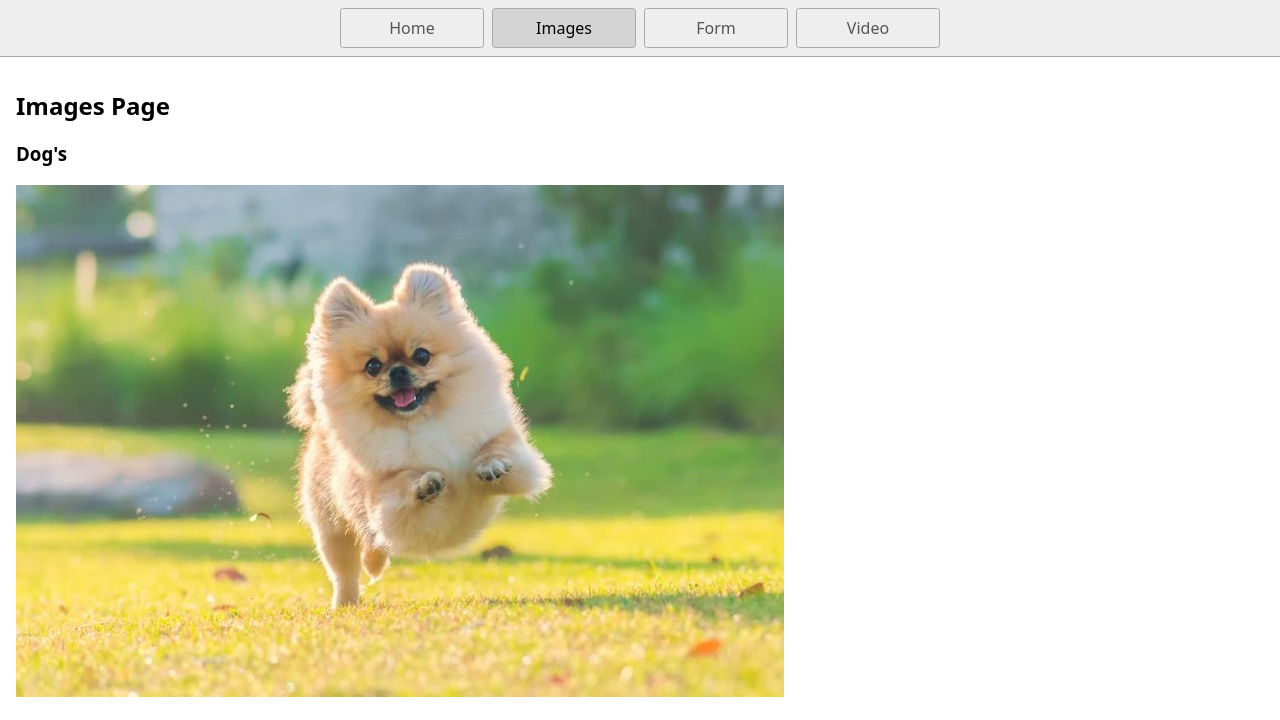
Repository: sebas6292/palmTree-Final
Page: Images.html
The author's editor kept a copy of each file at every save. The page is drawn from the files as they stood at one save, then again after the next save.
The browser window is 1280 px wide. The pictures show the whole page.

Above is the page before, as saved 2023-05-26 19:21:55.
Not found: script.js

### Images.html
<!DOCTYPE html>
<html lang="en">
  <head>
    <title>Other page</title>
    <meta charset="UTF-8" />
    <meta name="viewport" content="width=device-width" />
    <link rel="stylesheet" href="styles.css" />
    <script type="module" src="script.js"></script>
  </head>
  <body>
    <nav>
      <a href="/Home.html">Home</a>
      <a href="/Images.html" aria-current="page">Images</a>
      <a href="/Form.html">Form</a>
      <a href="/Video.html">Video</a>
    </nav>
    <main>
      <h1>Images Page</h1>
      <section>
        <div>
          <h3>Dog's</h3>
          <a
            href="https://www.google.com/search?q=dogs&tbm=isch&chips=q:dogs,g_1:small:r1TFEtqsli4%3D&hl=en&sa=X&ved=2ahUKEwiJss3arpT_AhWmCEQIHRbZAYwQ4lYoBHoECAEQNw&biw=1425&bih=709#imgrc=nmekZO4gLL_5nM"
          >
            <img src="./Assets/shutterstock_1568771329-768x512.jpg" />
          </a>
        </div>
      </section>
    </main>
  </body>
</html>

### styles.css
* {
    box-sizing: border-box;
  }

  body {
    margin: 0;
    font-family: system-ui, sans-serif;
    color: black;
    background-color: white;
  }

  nav {
    display: flex;
    flex-wrap: wrap;
    align-items: center;
    justify-content: center;
    padding: 0.5rem;
    gap: 0.5rem;
    border-bottom: solid 1px #aaa;
    background-color: #eee;
  }

  nav a {
    display: inline-block;
    min-width: 9rem;
    padding: 0.5rem;
    border-radius: 0.2rem;
    border: solid 1px #aaa;
    text-align: center;
    text-decoration: none;
    color: #555;
  }

  nav a[aria-current='page'] {
    color: #000;
    background-color: #d4d4d4;
  }

  main {
    padding: 1rem;
  }

  h1 {
    font-weight: bold;
    font-size: 1.5rem;
  }

After the next save:
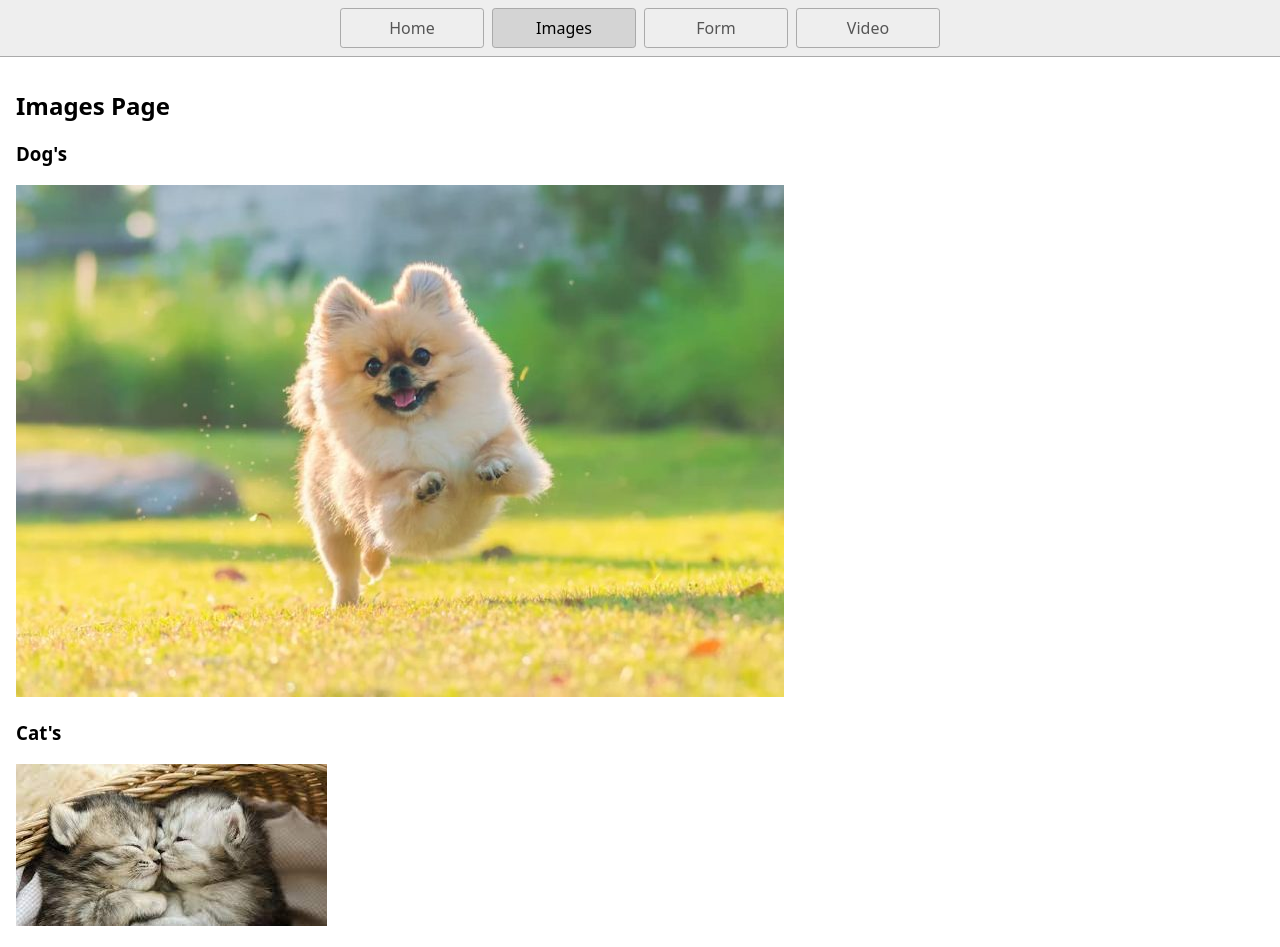
Saved 12 min 49 s later.
--- a/Images.html
+++ b/Images.html
@@ -24,6 +24,12 @@
           >
             <img src="./Assets/shutterstock_1568771329-768x512.jpg" />
           </a>
+          <h3>Cat's</h3>
+          <a
+            href="https://www.google.com/search?q=cats&tbm=isch&hl=en&chips=q:cats,g_1:baby:8Umu_V53HiY%3D&sa=X&ved=2ahUKEwjrw57Tt5T_AhXmB0QIHf5BCzgQ4lYoBXoECAEQOQ&biw=1440&bih=652"
+          >
+            <img src="./Assets/cat.jpeg" />
+          </a>
         </div>
       </section>
     </main>
